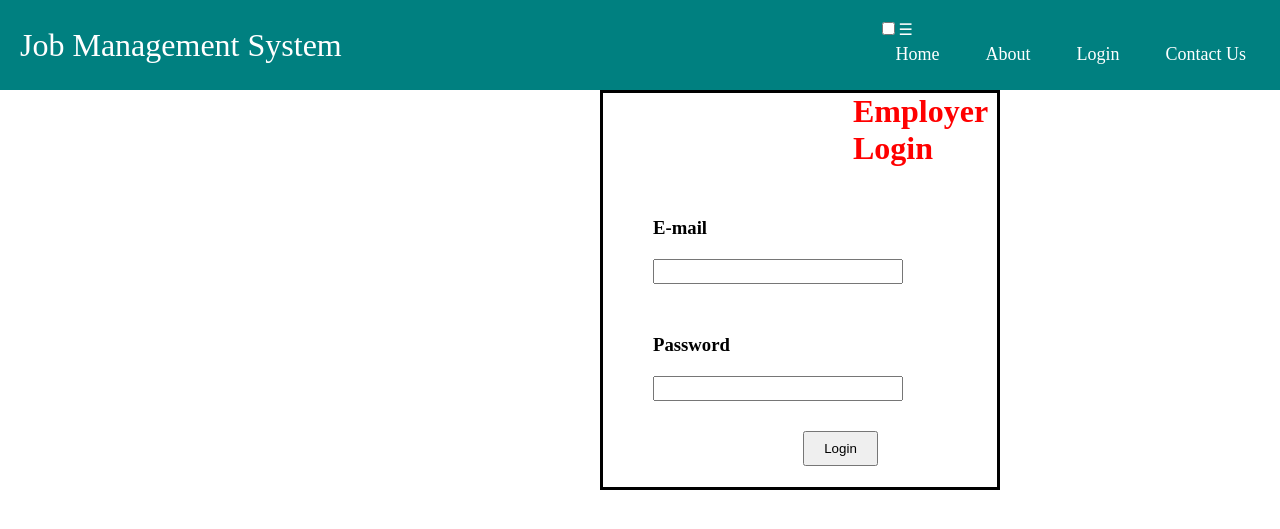
Repository: PrinceKumawat1109/JFSD
Page: http://localhost/Job-management/employerlogin.jsp
The author's editor kept a copy of each file at every save. The page is drawn from the files as they stood at one save, then again after the next save.
The browser window is 1280 px wide. The pictures show the whole page.
The page is served by Tomcat 9. Other server files are loaded and not shown.

Above is the page before, as saved 2022-10-29 21:58:59.

### Job-management/src/main/webapp/employerlogin.jsp
<%@ page language="java" contentType="text/html; charset=UTF-8"
    pageEncoding="UTF-8"%>
<!DOCTYPE html>
<html>
<head>
<meta charset="UTF-8">
<title>Employer Login</title>
<style>
h2{
text-align : center;
font-size : 35px;
}
.first
{
margin-left: 650px;
margin-top: 50px;
}
button
{
margin-left:100px;
margin-top:20px;
}
.card{
height: 400px;
width: 400px;
border-style: solid;
margin-left: 600px;
}
.i{
margin-top: 10px;
margin-left: 100px;
}
</style>
</head>
<jsp:include page="navbar2.jsp" />
<body>
<div class="card">
	<h1 style=" color: red; margin-left: 250px;">Employer Login</h1>
<h3 style="margin-left: 50px; margin-top: 50px;">E-mail</h3>
	<input style="margin-left: 50px; margin-top: 20px; height: 25px; width: 250px;" type="text" id="t1"/>
	<h3 style="margin-left: 50px; margin-top: 50px;">Password</h3>
	<input style="margin-left: 50px; margin-top: 20px; height: 25px; width: 250px;" type="password" id="t2"/>
	<div class="i">
	<button style="height: 35px; width: 75px;"  onclick="login()">Login</button>
	<label id="lbl"></label>
	</div>
</div>
<!-- <h2> Employer Login</h2>
<div class=" first">
	<p>E-mail : <input type="text" id="t1"/></p>
	<br/>
	<p>Password : <input type="password" id="t2"/></p>
	<button onclick="login()">Login</button>
	<label id="lbl"></label>
</div> -->
</body>
<script type="text/javascript">
function login()
{
	var xhtml = new XMLHttpRequest();
	var t1 = document.getElementById("t1");
	var t2 = document.getElementById("t2");
	var url = "http://localhost:8080/api/eregister/login/"+t1.value+"/"+t2.value;
	xhtml.open("POST", url, true);
	xhtml.setRequestHeader('Content-Type','application/json');


	var lbl = document.getElementById("lbl");

	xhtml.send();

	xhtml.onreadystatechange = function()
	{
		if(this.readyState == 4 && this.status == 200)
			lbl.innerText = this.responseText;
			window.location="http://localhost:8080/findajob.jsp";
	};
}
</script>
</html>

### Job-management/src/main/webapp/navbar2.jsp
<!DOCTYPE html>
<html lang="en">
 <head>
   <meta charset="UTF-8" />
   <meta http-equiv="X-UA-Compatible" content="IE=edge" />
   <meta name="viewport" content="width=device-width, initial-scale=1.0" />
   <style>

    /* UTILITIES */
* {
 margin: 0;
 padding: 0;
 box-sizing: border-box;
}
body {
 font-family: cursive;
}
a {
 text-decoration: none;
}
li {
 list-style: none;
}

/* NAVBAR STYLING STARTS */
.navbar {
 display: flex;
 align-items: center;
 justify-content: space-between;
 padding: 20px;
 background-color: teal;
 color: #fff;
}
.nav-links a {
 color: #fff;
}
/* LOGO */
.logo {
 font-size: 32px;
}
/* NAVBAR MENU */
.menu {
 display: flex;
 gap: 1em;
 font-size: 18px;
}
.menu li:hover {
 background-color: #4c9e9e;
 border-radius: 5px;
 transition: 0.3s ease;
}
.menu li {
 padding: 5px 14px;
}
/* DROPDOWN MENU */
.services {
 position: relative;
}
.dropdown {
 background-color: rgb(1, 139, 139);
 padding: 1em 0;
 position: absolute; /*WITH RESPECT TO PARENT*/
 display: none;
 border-radius: 8px;
 top: 35px;
}
.dropdown li + li {
 margin-top: 10px;
}
.dropdown li {
 padding: 0.5em 1em;
 width: 8em;
 text-align: center;
}
.dropdown li:hover {
 background-color: #4c9e9e;
}
.services:hover .dropdown {
 display: block;
}
   </style>
   <title>Document</title>
 </head>
 <body>
   <nav class="navbar">
     <!-- LOGO -->
     <div class="logo">Job Management System</div>
     <!-- NAVIGATION MENU -->
     <ul class="nav-links">
       <!-- USING CHECKBOX HACK -->
       <input type="checkbox" id="checkbox_toggle" />
       <label for="checkbox_toggle" class="hamburger">&#9776;</label>
       <!-- NAVIGATION MENUS -->
       <div class="menu">
         <li><a href="/">Home</a></li>
         <li><a href="/">About</a></li>
         <li class="services">
           <a href="/">Login</a>
           <!-- DROPDOWN MENU -->
           <ul class="dropdown">
             <li><a href="dashboard.jsp">DASHBOARD </a></li>
             <li><a href="applicants.jsp">APPLICANTS</a></li>
             <li><a href="newposition.jsp">POST A NEW JOB</a></li>
             <li><a href="https://rzp.io/i/k9xa2LhReQ">PAYMENT</a></li>
             <li><a href="index.jsp">LOGOUT</a></li>
           </ul>
         </li>
         <li><a href="/">Contact Us</a></li>
       </div>
     </ul>
   </nav>
 </body>
</html>

After the next save:
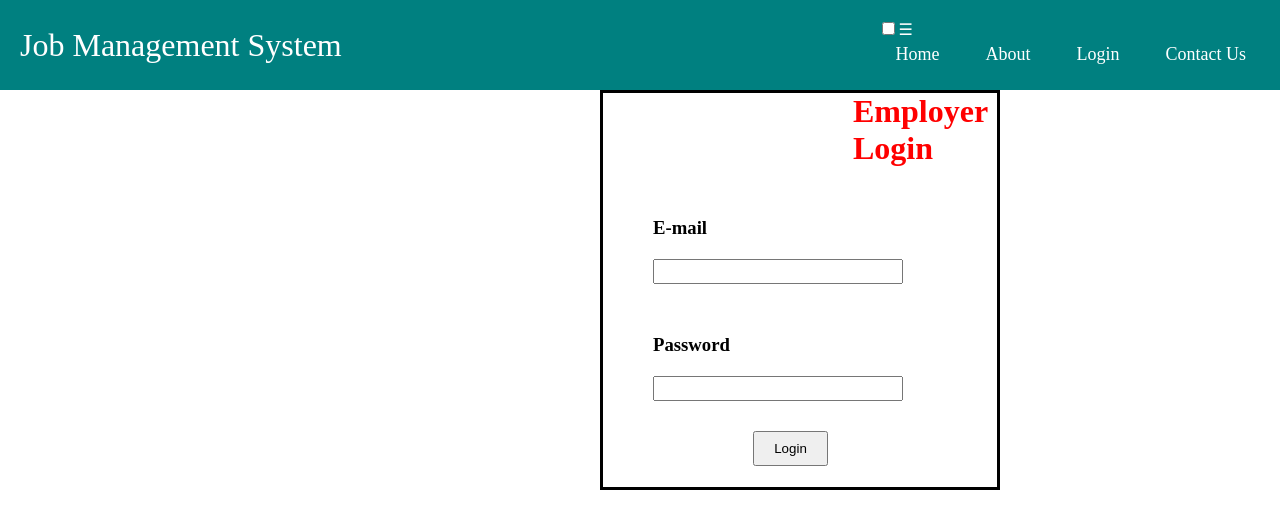
Saved 6 s later.
--- a/Job-management/src/main/webapp/employerlogin.jsp
+++ b/Job-management/src/main/webapp/employerlogin.jsp
@@ -28,7 +28,7 @@ margin-left: 600px;
 }
 .i{
 margin-top: 10px;
-margin-left: 100px;
+margin-left: 50px;
 }
 </style>
 </head>
